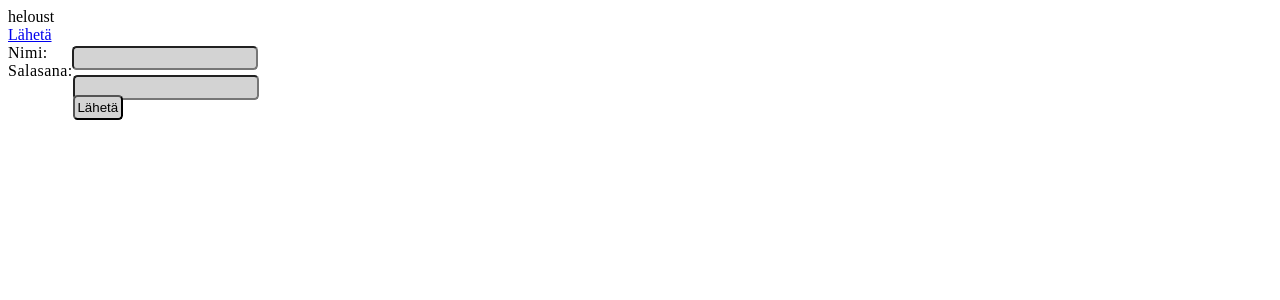
Repository: sirkian/ohj2-t4
Page: http://localhost/Kommunikaatio/
An editor plug-in stored every save of this project. The page is shown before and after the next save, followed by the edit.
The browser window is 1280 px wide. The pictures show the whole page.
The page is served by Tomcat 9.

Above is the page before, as saved 2022-03-19 14:10:32.

After the next save:
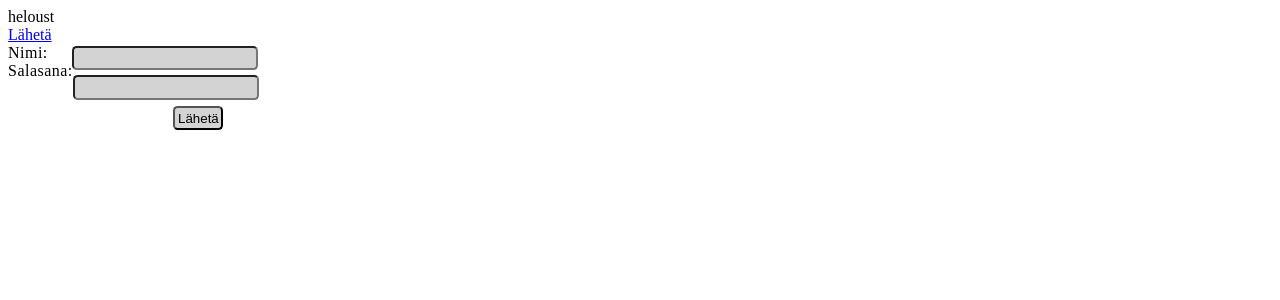
Saved 52 s later.
--- a/Kommunikaatio/src/main/webapp/index.jsp
+++ b/Kommunikaatio/src/main/webapp/index.jsp
@@ -24,7 +24,8 @@ input {
 	top: 5.5em;
 }
 .btn {
-	top: 7em;
+	top: 7.8em;
+	left: 13em;
 }
 form {
 	letter-spacing: 0.03em;
